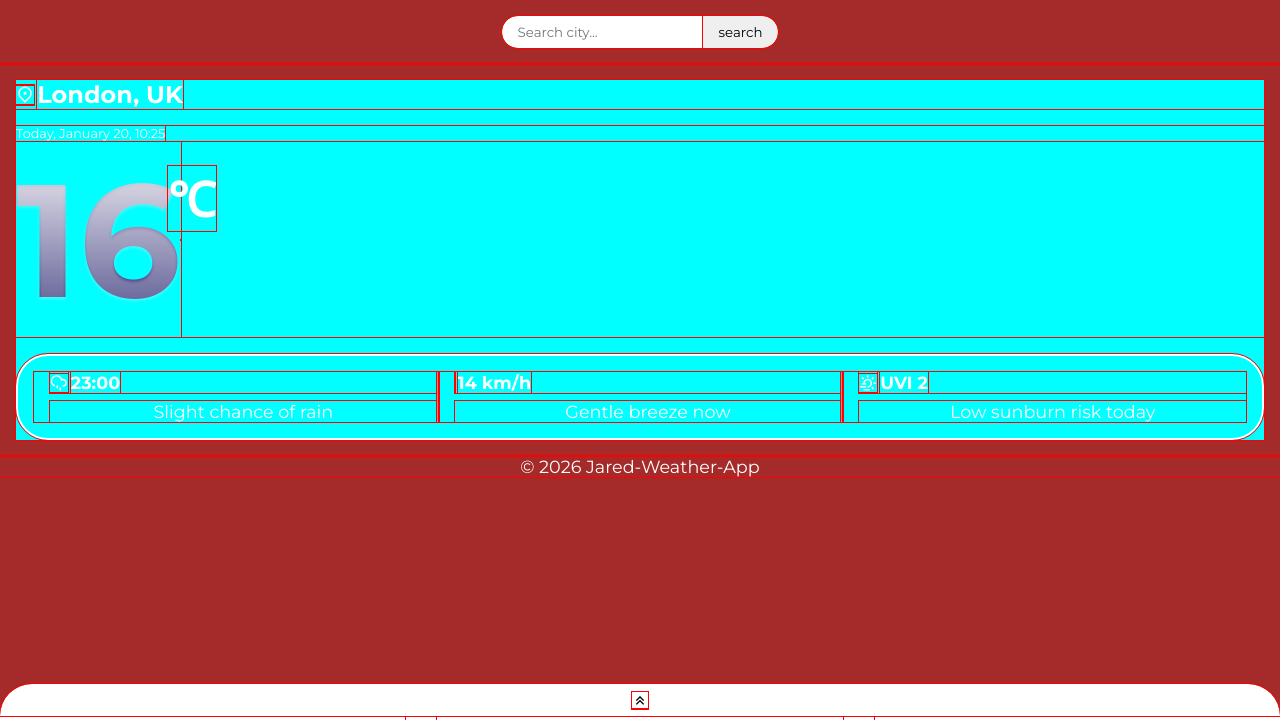
Repository: EguJaredoBoyd/Jared-Weather-App
Page: main.html
The author's editor kept a copy of each file at every save. The page is drawn from the files as they stood at one save, then again after the next save.
The browser window is 1280 px wide. The pictures show the whole page.
Some icons come from a web library that is not loaded, so they are not drawn. Some web libraries are served in a nearby version.

Above is the page before, as saved 2026-02-04 15:44:03.

### main.html
<!doctype html>
<html lang="en">
  <head>
    <meta charset="UTF-8" />
    <meta name="viewport" content="width=device-width, initial-scale=1.0" />
    <link rel="preconnect" href="https://fonts.googleapis.com" />
    <link rel="preconnect" href="https://fonts.gstatic.com" crossorigin />
    <link
      href="https://fonts.googleapis.com/css2?family=Montserrat:ital,wght@0,100..900;1,100..900&display=swap"
      rel="stylesheet"
    />
    <link
      href="https://cdn.jsdelivr.net/npm/remixicon@4.8.0/fonts/remixicon.css"
      rel="stylesheet"
    />
    <link rel="stylesheet" href="./css/styles.css" />
    <script src="./js/main.js" defer></script>
    <script src="./js/weather.js" defer></script>
    <title>Jared-Weather-App</title>
  </head>
  <body class="weather-app">
    <div class="weather-app__container">
      <header>
        <div class="search-place">
          <input
            type="text"
            placeholder="Search city..."
            aria-label="Search city"
            id="search-input"
          />
          <button id="search-button">search</button>
        </div>
      </header>
      <main>
        <section class="current-weather">
          <div class="place-searched">
            <i class="ri-map-pin-2-line"></i>
            <h3 class="city-name">London, UK</h3>
          </div>
          <div class="date-today">
            <time datetime="2026-01-20T10:25">Today, January 20, 10:25</time>
          </div>
          <div class="place-temperature">
            <span class="place-temperature__measure"><h3>16</h3></span>
            <span class="place-temperature__degree"><h3>℃</h3></span>
          </div>
          <div class="place-forecast">
            <article class="forecast-item forecast-item--weather">
              <div>
                <span><i class="ri-drizzle-line"></i></span>
                <time datetime="23:00"> <h4>23:00</h4></time>
              </div>
              <p>Slight chance of rain</p>
            </article>
            <hr />

            <article class="forecast-item forecast-item--wind">
              <div>
                <span><i class="ri-arrow-right-up-long-line"></i></span>
                <h4>14 km/h</h4>
              </div>
              <p>Gentle breeze now</p>
            </article>
            <hr />

            <article class="forecast-item forecast-item--uv">
              <div>
                <span><i class="ri-sun-foggy-line"></i></span>
                <h4>UVI 2</h4>
              </div>
              <p>Low sunburn risk today</p>
            </article>
          </div>
        </section>
        <section class="swipe-section" aria-hidden="true" id="swipe-section">
          <!-- Slide for the hourly and daily forecast -->
          <button class="sheet-handle" id="sheet-handle" aria-expanded="false">
            <i class="ri-arrow-up-double-line" id="icon-handle"></i>
          </button>

          <div class="swipe-forecast">
            <!-- Hourly Forecast -->
            <article class="sheet-card hourly-forecast">
              <h4>Hourly Forecast</h4>

              <ul class="hourly-list">
                <li class="hour">
                  <time datetime="2026-01-27T13:00">1 PM</time>
                  <img src="" alt="Cloudy weather" />
                  <span class="temp">18°</span>
                </li>
              </ul>
            </article>

            <!-- 7-Day Forecast -->
            <article class="sheet-card daily-forecast">
              <h4>7-Day Forecast</h4>

              <ul class="daily-list">
                <li class="day">
                  <span class="day-name">Mon</span>
                  <img src="" alt="Rainy weather" />
                  <span class="temp-range">16° / 22°</span>
                </li>
              </ul>
            </article>

            <!-- Weather Metrics -->
            <article class="sheet-card weather-metrics">
              <h4>Weather Details</h4>

              <dl class="metrics-grid">
                <div class="metric">
                  <dt>Wind</dt>
                  <dd>14 km/h</dd>
                </div>

                <div class="metric">
                  <dt>Humidity</dt>
                  <dd>62%</dd>
                </div>

                <div class="metric">
                  <dt>Pressure</dt>
                  <dd>1013 hPa</dd>
                </div>
              </dl>
            </article>

            <!-- Sun Times -->
            <article class="sheet-card sun-times">
              <h4>Sun</h4>

              <dl class="sun-grid">
                <div>
                  <dt>Sunrise</dt>
                  <dd>
                    <time datetime="2026-01-27T06:34">6:34 AM</time>
                  </dd>
                </div>

                <div>
                  <dt>Sunset</dt>
                  <dd>
                    <time datetime="2026-01-27T18:52">6:52 PM</time>
                  </dd>
                </div>
              </dl>
            </article>
          </div>
        </section>
      </main>
      <footer>
        <div><p>&copy; 2026 Jared-Weather-App</p></div>
      </footer>
    </div>
  </body>
</html>

### css/styles.css
/* ==== CSS RESET ==== */
*,
*::before,
*::after {
  margin: 0;
  padding: 0;
  box-sizing: border-box;
  outline: 1px solid red;
}

:root {
  --background-color: #03045e;
  --text-color: white;
  --font: "Montserrat", sans-serif;
}

html {
  font-size: 16px;
  height: 100%;
}

body {
  background-color: var(--background-color);
  color: var(--text-color);
  height: 100%;
  font-family: var(--font);
}

h1,
h2,
h3,
h4,
h5,
h6 {
  font-size: clamp(0.5rem, 3vw, 1.1rem);
}

p {
  font-size: clamp(0.5rem, 2.5vw, 1.1rem);
}

.weather-app__container {
  display: flex;
  flex-direction: column;
  min-height: 100dvh;
  background-color: brown;
}

.search-place {
  display: flex;
  justify-content: center;
  padding: 1rem;
}

.search-place input {
  padding: 0.5rem 1rem;
  border: none;
  border-bottom-left-radius: 1rem;
  border-top-left-radius: 1rem;
  font-family: var(--font);
}

.search-place button {
  border: none;
  border-top-right-radius: 1rem;
  border-bottom-right-radius: 1rem;
  padding: 0.5rem 1rem;
  font-family: var(--font);
}

main {
  display: flex;
  flex-direction: column;
  padding: 1rem;
}

.current-weather {
  display: flex;
  flex-direction: column;
  justify-content: space-between;
  /* row-gap: clamp(2.5rem, 2.5vw, 5rem); */
  min-height: 50dvh;
  background-color: aqua;
}

.place-searched {
  display: flex;
  align-items: center;
  column-gap: 0.2rem;
  font-size: large;
}

.city-name {
  font-size: clamp(0.5rem, 6vw, 1.5rem);
}

.date-today {
  font-size: clamp(0.5rem, 3vw, 0.8rem);
}

.place-temperature {
  display: flex;
  align-items: center;
  position: relative;
  margin-top: -1rem;
}

.place-temperature__measure h3 {
  font-size: clamp(5rem, 38vw, 10rem);
  background: linear-gradient(to bottom, white, var(--background-color));
  -webkit-background-clip: text;
  background-clip: text;
  -webkit-text-fill-color: transparent;
  text-shadow: 0 2px 3px rgba(243, 235, 235, 0.3);
}

.place-temperature__degree h3 {
  font-size: clamp(1.5rem, 20vw, 3rem);
  position: absolute;
  top: 1.5rem;
  left: clamp(4rem, 40vw, 9.5rem);
}

.place-forecast {
  display: flex;
  justify-content: center;
  border: 2px solid white;
  border-radius: 2rem;
  padding: 1rem;
}

.forecast-item {
  padding-left: 1rem;
  width: 100%;
  max-width: 100%;
}

.forecast-item div {
  display: flex;
  column-gap: 0.2rem;
  margin-bottom: 0.5rem;
  font-size: clamp(0.5rem, 3vw, 1.1rem);
}

.forecast-item p {
  font-size: clamp(0.5rem, 2.5vw, 1.1rem);
  text-align: center;
}

/* Swipe section styles */

.swipe-section {
  position: fixed;
  min-height: 100dvh;
  top: 95%;
  right: 0;
  left: 0;
  transition: transform 2s ease;
  background-color: var(--text-color);
  color: var(--background-color);
  border-radius: 2rem;
}

.swipe-section.is-open {
  transform: translateY(-80%);
}

.no-scroll {
  overflow: hidden;
}

.swipe-section button {
  margin: 0.5rem auto;
  display: flex;
  justify-self: center;
  background: none;
  border: none;
}

.swipe-section button i {
  font-size: 1rem;
}

.swipe-forecast {
  display: grid;
  grid-template-columns: repeat(3, 1fr);
  gap: 2rem;
}

.sheet-card {
  font-size: clamp(0.5rem, 2.5vw, 1.1rem);
  padding: 1rem;
}

.sheet-card ul {
  list-style-position: inside;
}

footer div p {
  text-align: center;
}

### js/main.js
//Target all the buttons necessary
const swipeSection = document.getElementById("swipe-section");
const sheetHandle = document.getElementById("sheet-handle");
const iconHandle = document.getElementById("icon-handle");

//Create a function to handle swipe
function handleSwipe() {
  sheetHandle.addEventListener("click", () => {
    const isOpen = swipeSection.classList.toggle("is-open");

    //Add accessibilty and optimization
    swipeSection.setAttribute("aria-hidden", !isOpen);
    sheetHandle.setAttribute("aria-expanded", isOpen);

    //Statement to switch icons
    iconHandle.className = isOpen
      ? "ri-arrow-down-double-line"
      : "ri-arrow-up-double-line";

    //Add a class to handle the scroll
    document.body.classList.toggle("no-scroll");
  });
}

handleSwipe();

### js/weather.js
//My API key 56d08a907c0260865bb8f620502bfcbf
const WEATHER_API_KEY = "56d08a907c0260865bb8f620502bfcbf";

//Target my button and search input for city
const searchInput = document.getElementById("search-input");
const searchButton = document.getElementById("search-button");

//Create function to ask for weather app
async function fetchWeather(city) {
  try {
    const apiResponse = await fetch(
      `https://api.openweathermap.org/data/2.5/forecast?q=${city}&units=metric&appid=${WEATHER_API_KEY}`,
    );

    const apiData = await apiResponse.json();
    console.log(apiData);

    const countryDataDisplay = apiData.city;
    const weatherDataDisplay = apiData.list[0];

    const cityDate = apiData.list[0];

    //Display the country
    console.log(countryDataDisplay.name);
    console.log(countryDataDisplay.country);

    //Display the date of the city
    const currentDateTime = cityDate.dt * 1000;
    const date = new Date(currentDateTime);
    const timeZone = apiData.city.timezone * 1000;
    const localDate = Date.now();

    console.log(
      date.toLocaleDateString("en-GB", {
        weekday: "short",
        month: "short",
        day: "numeric",
      }),
    );

    console.log(localDate.toLocaleString("en-GB"));

    console.log(apiData.list[0].main.temp);
    console.log(apiData.list[0].weather[0].description);
  } catch (error) {
    console.error(error.message);
  }
}

//Search for city
searchButton.addEventListener("click", () => {
  const city = searchInput.value.trim();
  if (!city) return;

  fetchWeather(city);
});

After the next save:
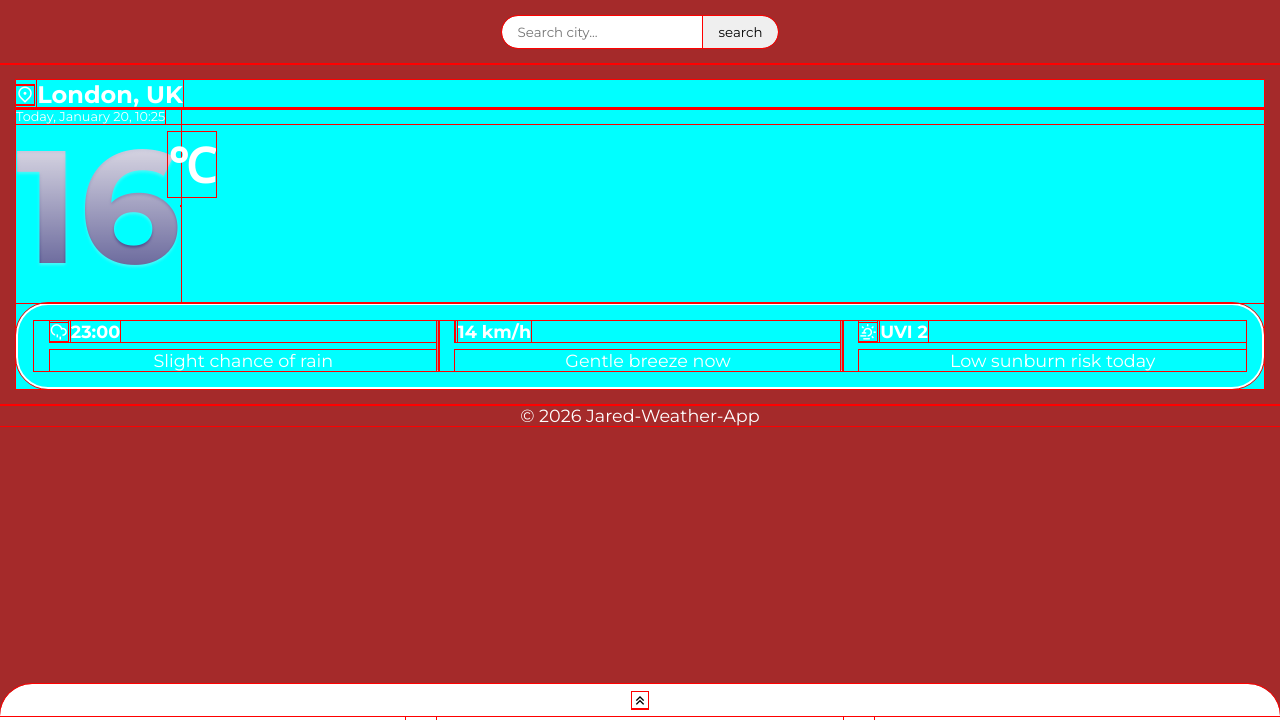
Saved 28 s later.
--- a/css/styles.css
+++ b/css/styles.css
@@ -79,7 +79,7 @@ main {
   flex-direction: column;
   justify-content: space-between;
   /* row-gap: clamp(2.5rem, 2.5vw, 5rem); */
-  min-height: 50dvh;
+  min-height: 20dvh;
   background-color: aqua;
 }
 
